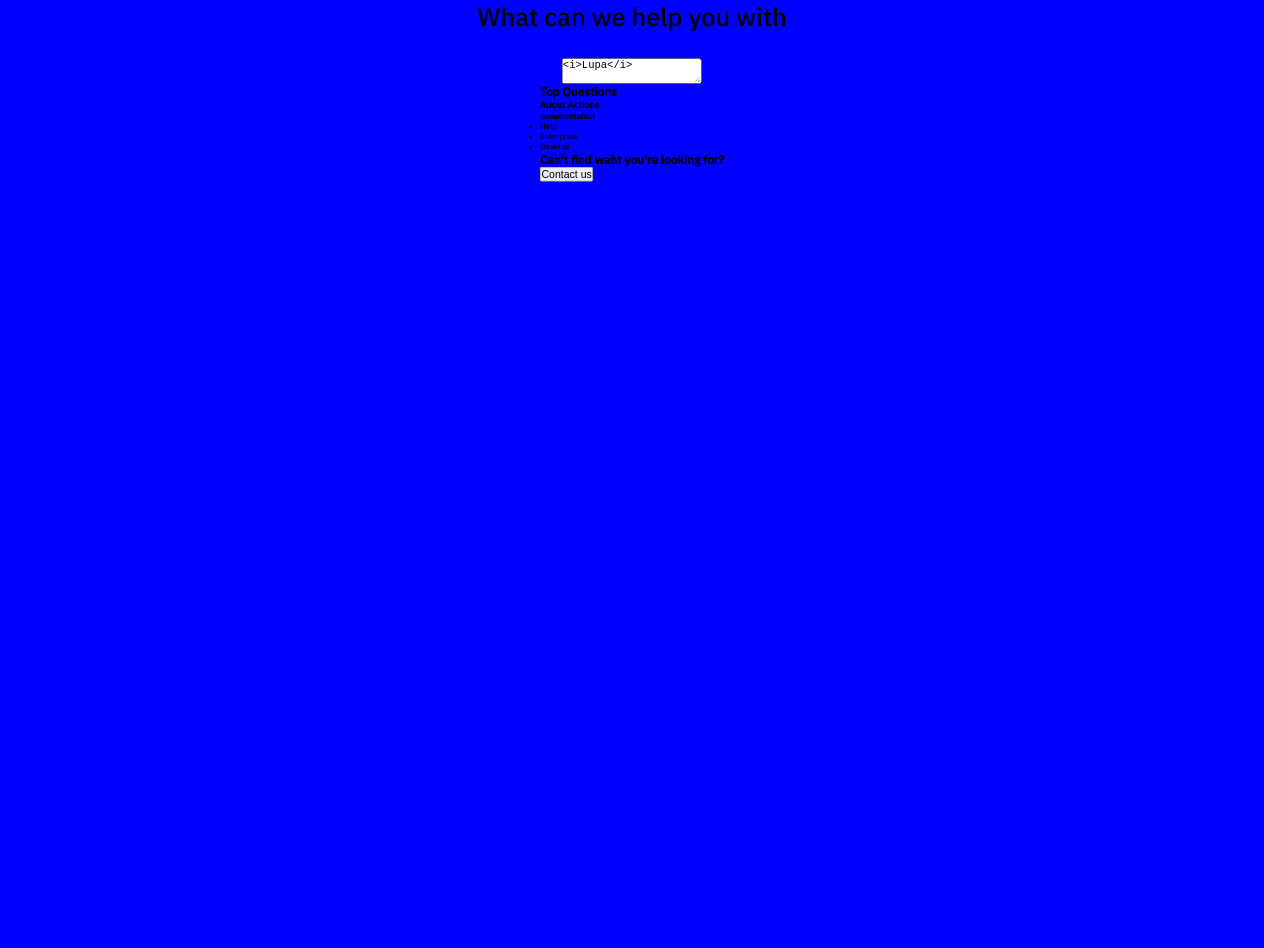
Repository: Hcmwebs/Help-Center-UI-
Page: index.html
The author's editor kept a copy of each file at every save. The page is drawn from the files as they stood at one save, then again after a run of saves.
The browser window is 1280 px wide. The page is 1600 px wide, so the pictures cover 1600 px, including what lies to the right of the window. The pictures show the whole page, at 79% of full size.
The style sheet was rebuilt from its Sass, Less or Tailwind sources for each picture, by a compiler version that may differ from the author's.

Above is the page before, as saved 2020-08-17 22:51:57.

After the next 2 saves:
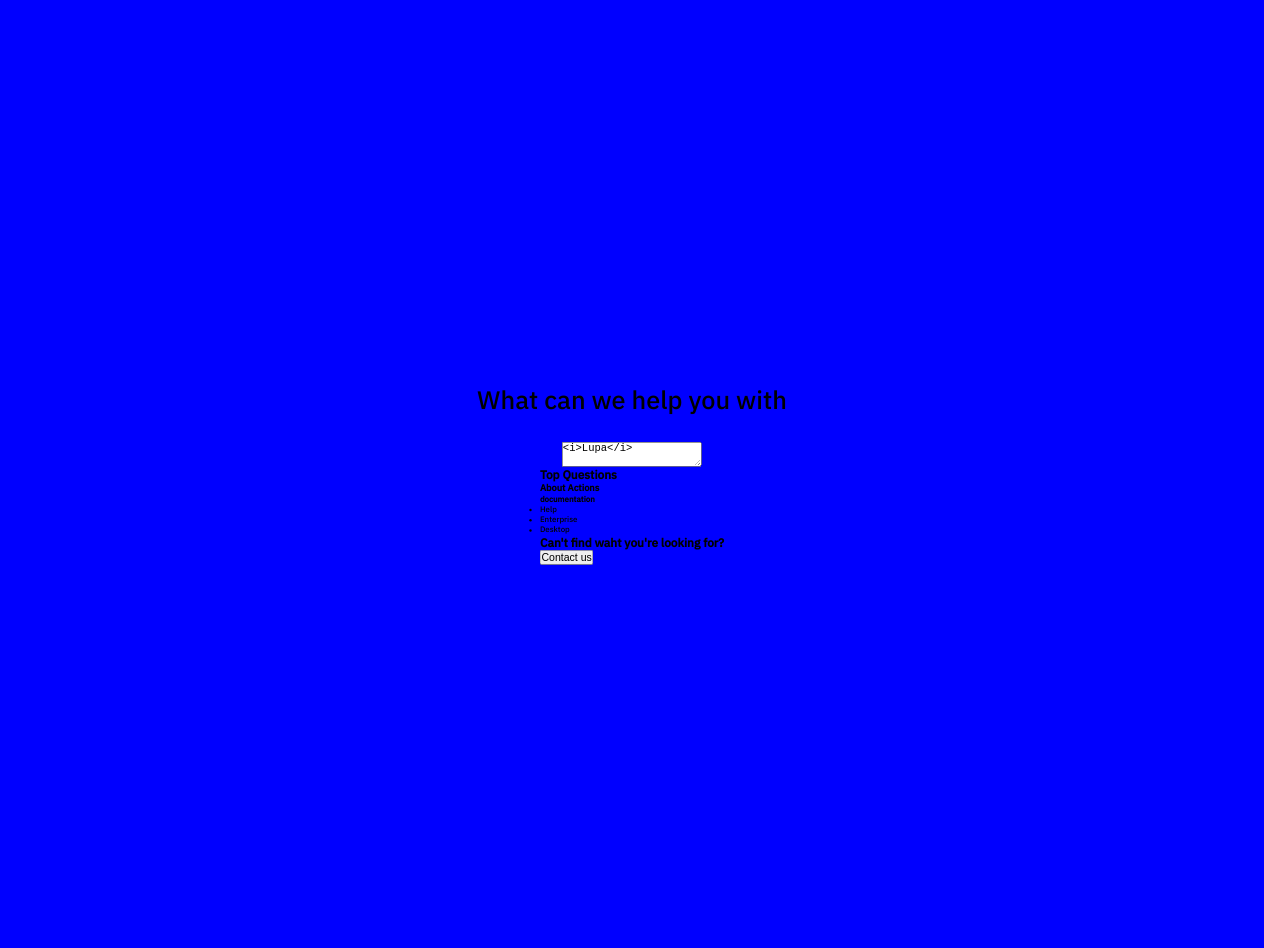
The 2 saves are shown as one change because 1 did not build or start.
The last was saved 37 s later.
--- a/scss/styles.scss
+++ b/scss/styles.scss
@@ -26,7 +26,7 @@ body{
     overflow: hidden;
     display: flex;
     flex-direction: column;
-    justify-content: flex-start;
+    justify-content: center;
     align-items: center;
     background-color:blue;
 }
